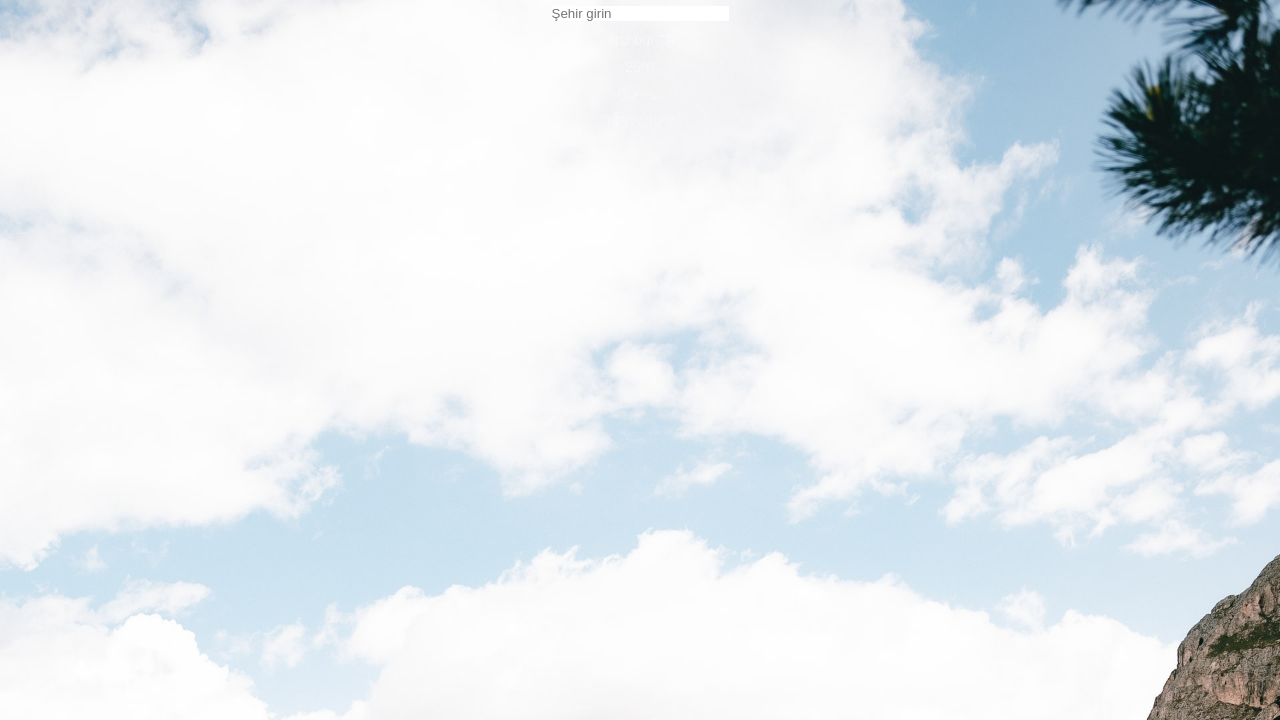
Repository: DogukanSAVA/havadurumu
Page: index.html
These files come from the project's save history. The page is drawn as it stood at one moment and after a run of saves; the edit follows.
The browser window is 1280 px wide. The pictures show the whole page.

Above is the page before, as saved 2021-09-16 11:57:49.

After the next 2 saves:
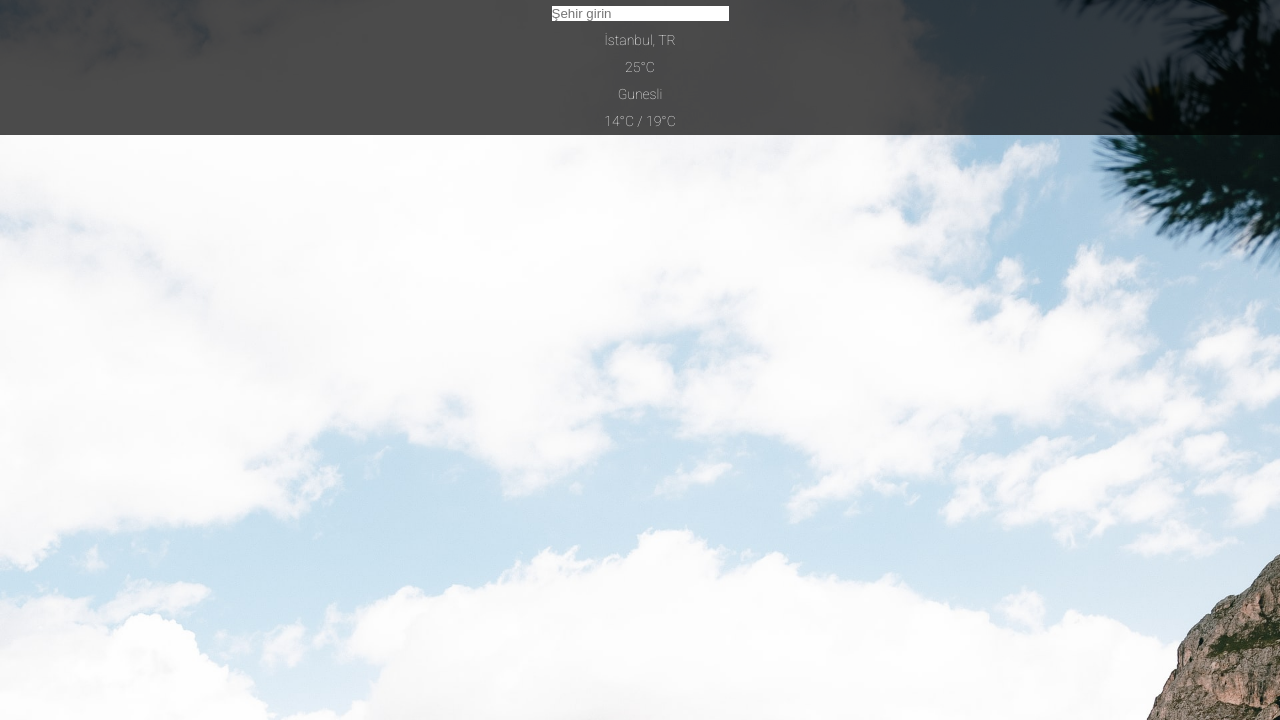
The 2 saves are shown as one change because they came seconds apart.
The last was saved 9 s later.
--- a/style.css
+++ b/style.css
@@ -21,4 +21,4 @@
 flex-direction: column;
 align-items: center;
 text-align: center;
-background: rgba{0,0,0,.7};
+background: rgba(0,0,0,.7);
